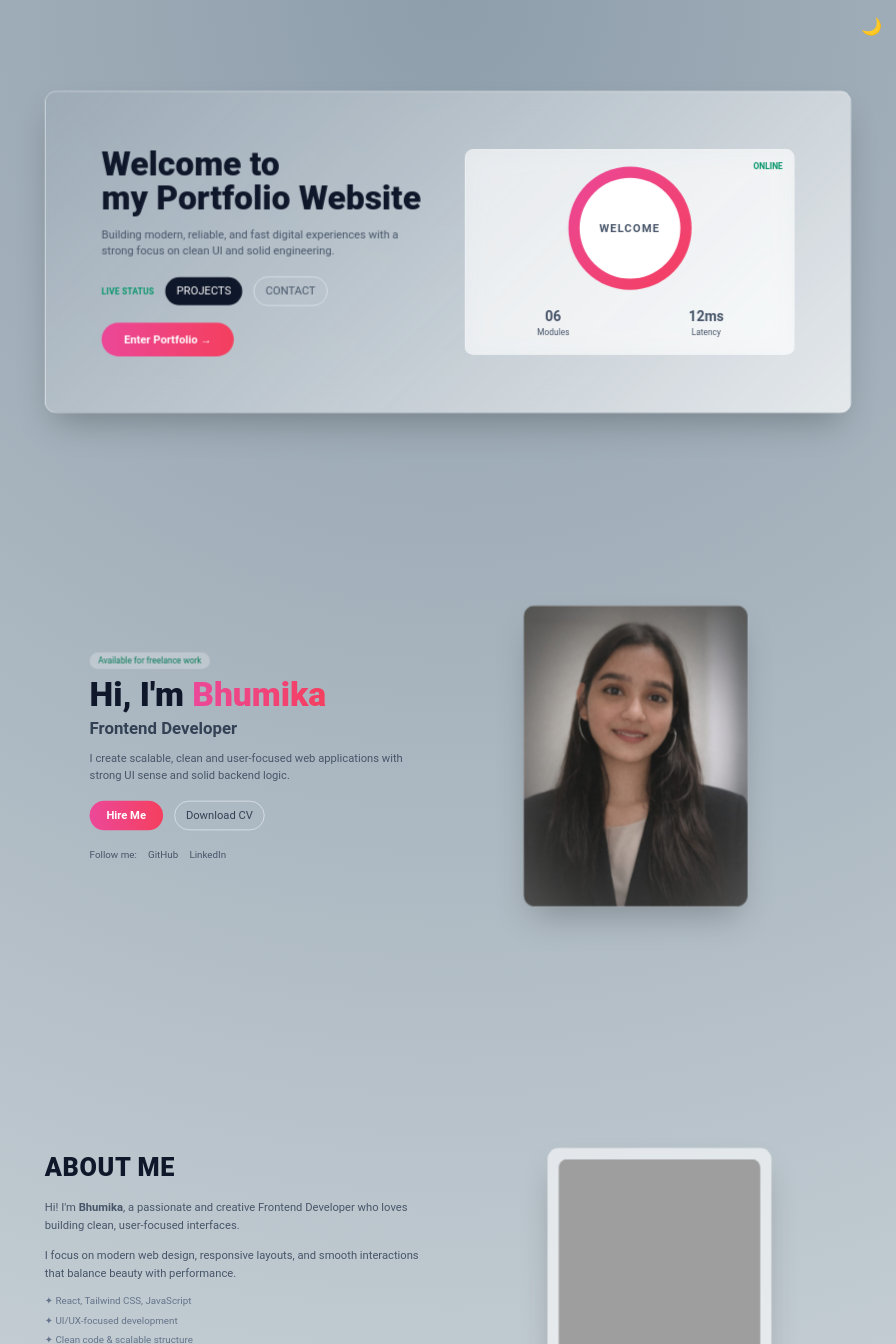
Repository: bhumikamourya/portfolio
Page: /
These files come from the project's save history. The page is drawn as it stood at one moment and after the next save; the edit follows.
The browser window is 1280 px wide. The pictures show the part of the page from y = 0 to 1920 px (the page is 5262 px tall), at 70% of full size.
Pictures or frames that could not be fetched are drawn as grey boxes. Some web libraries are served in a nearby version. The project was rebuilt for these pictures with package versions that can differ from the ones it lists, and the page was loaded fresh each time.

Above is the page before, as saved 2026-01-31 12:47:35.

After the next save:
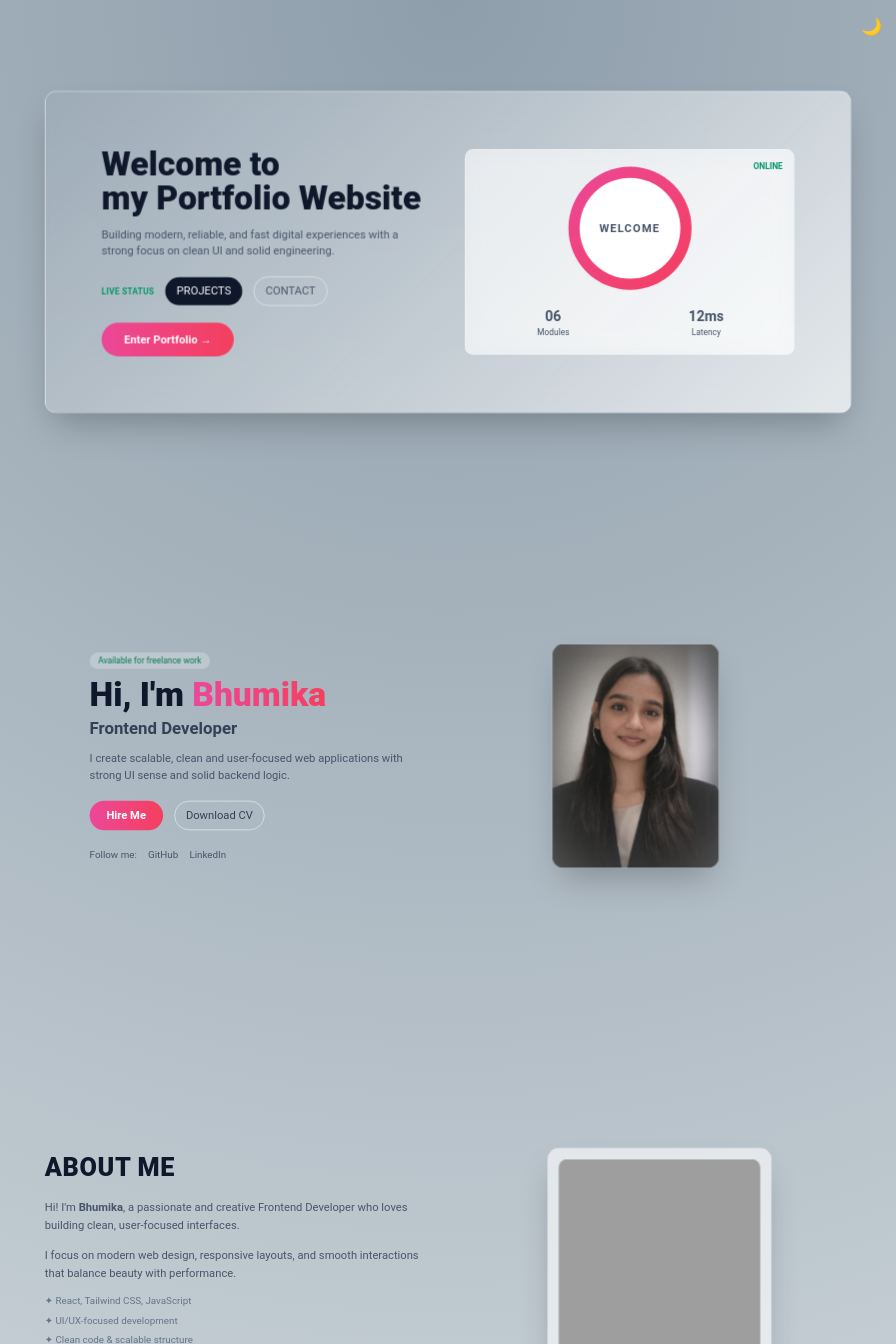
Saved 13 s later.
--- a/src/components/Hero.js
+++ b/src/components/Hero.js
@@ -72,7 +72,7 @@
                 src="/assets/profile.jpeg"
                 alt="Developer illustration"
                 // className="w-72 h-70 object-cover rounded-xl"
-                className="w-80 h-70 object-cover rounded-2xl"
+                className="w-85 h-80 object-cover rounded-2xl"
               />
             </div>
           </div>
